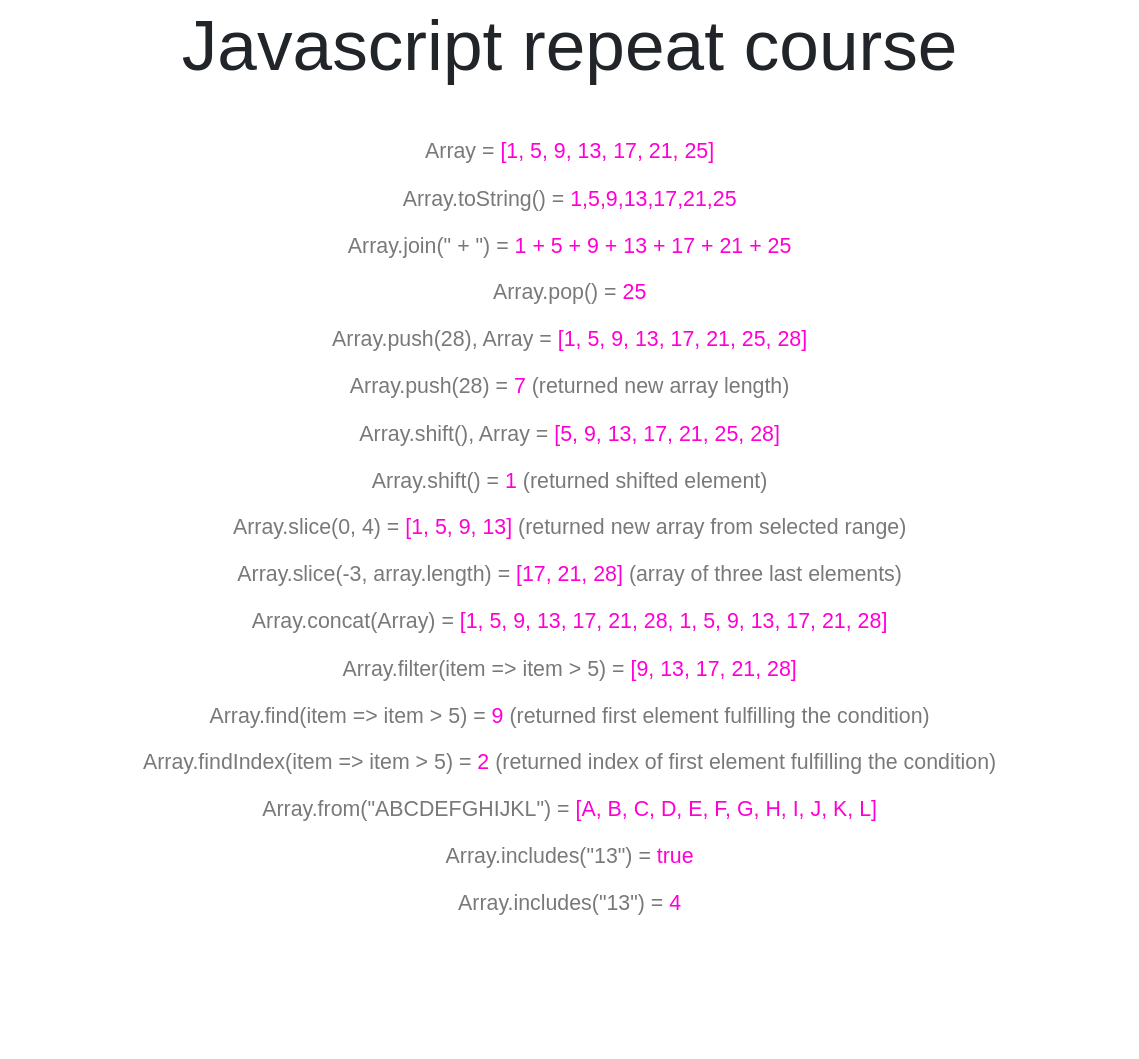
Repository: michalgornicki/javascript
Page: /
These files come from the project's save history. The page is drawn as it stood at one moment and after a run of saves; the edit follows.
The browser window is 1280 px wide. The pictures show the whole page, at 89% of full size.
The project was rebuilt for these pictures with package versions that can differ from the ones it lists, and the page was loaded fresh each time. Also part of the build but not shown: src/index.css.

Above is the page before, as saved 2022-01-31 13:18:26.

After the next 3 saves:
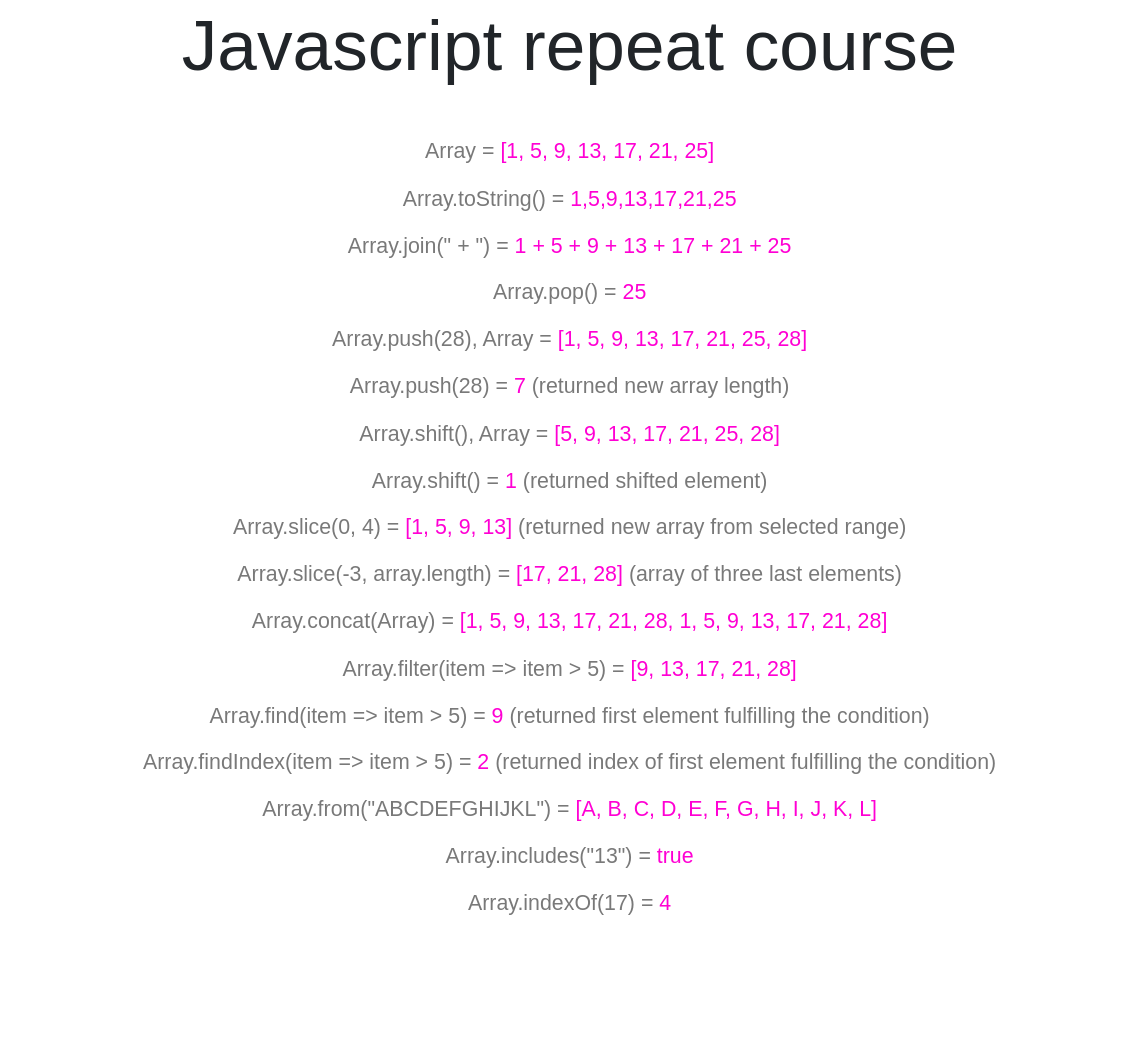
The 3 saves are shown as one change because they came seconds apart.
The last was saved 13 s later.
--- a/src/App.jsx
+++ b/src/App.jsx
@@ -93,7 +93,7 @@
       <div className="js-item h4 py-2">
         {" "}
         <span className="">
-         Array.includes("13") =
+         Array.indexOf(17) =
         </span>
         <span className="text-pink"> { array.indexOf(17) } </span>
       </div>
